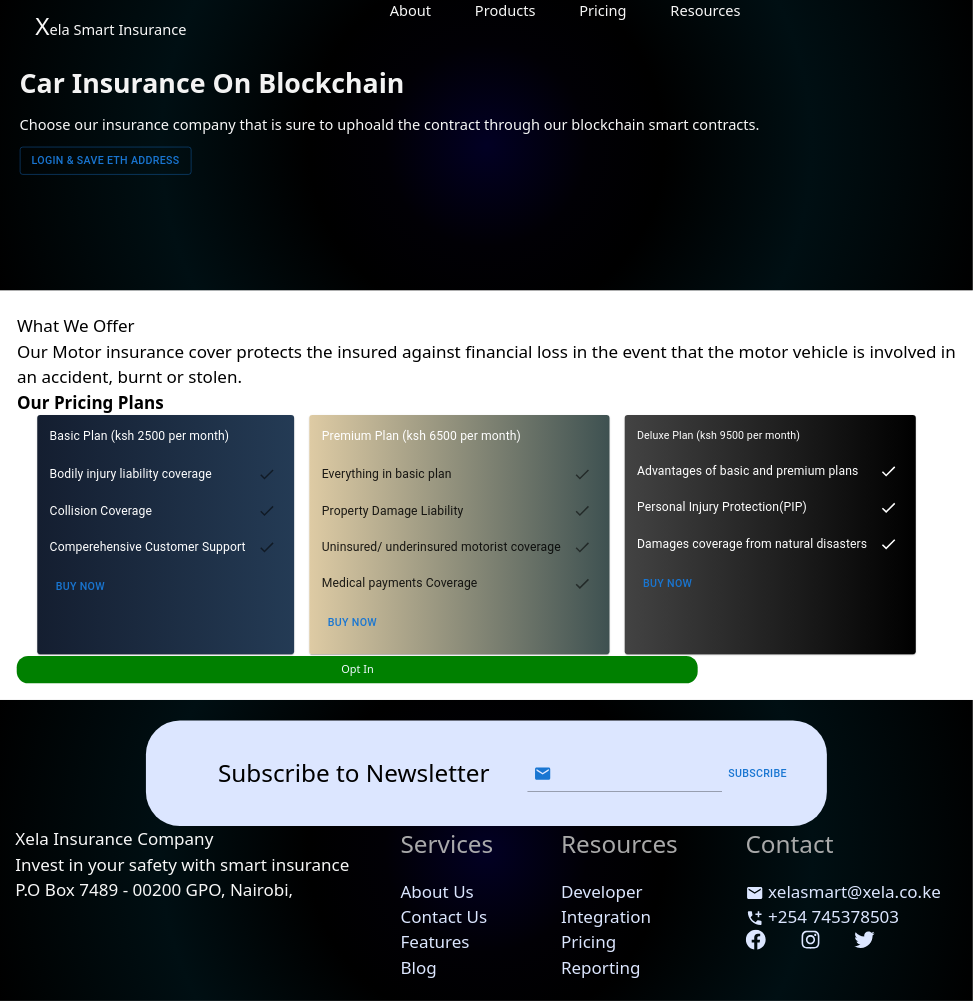
Repository: ALVIN-OBONYO/Xela-smart_insuarance
Page: / (app in frontend/)
The author's editor kept a copy of each file at every save. The page is drawn from the files as they stood at one save, then again after the next save.
The browser window is 1280 px wide. The pictures show the whole page, at 76% of full size.
The project was rebuilt for these pictures with package versions that can differ from the ones it lists, and the page was loaded fresh each time. Also part of the build but not shown: frontend/src/Pages/Policies.jsx, frontend/src/Components/Calendar.css, frontend/src/Components/Calendar.jsx, frontend/src/Components/Input.js, frontend/src/Components/Upload.css, frontend/src/Components/Upload.js, frontend/src/Pages/ReportForm.jsx, frontend/src/Pages/Report.jsx and 2 more.

Above is the page before, as saved 2022-10-04 08:57:50.

### frontend/public/index.html
<!DOCTYPE html>
<html lang="en">
  <head>
    <meta charset="utf-8" />
    <link rel="icon" href="%PUBLIC_URL%/favicon.ico" />
    <meta name="viewport" content="width=device-width, initial-scale=1" />
    <meta name="theme-color" content="#000000" />
    <meta
      name="description"
      content="Web site created using create-react-app"
    />
    <link rel="apple-touch-icon" href="%PUBLIC_URL%/logo192.png" />
    <!--
      manifest.json provides metadata used when your web app is installed on a
      user's mobile device or desktop. See https://developers.google.com/web/fundamentals/web-app-manifest/
    -->
    <link rel="manifest" href="%PUBLIC_URL%/manifest.json" />
    <!--
      Notice the use of %PUBLIC_URL% in the tags above.
      It will be replaced with the URL of the `public` folder during the build.
      Only files inside the `public` folder can be referenced from the HTML.

      Unlike "/favicon.ico" or "favicon.ico", "%PUBLIC_URL%/favicon.ico" will
      work correctly both with client-side routing and a non-root public URL.
      Learn how to configure a non-root public URL by running `npm run build`.
    -->
    <title>React App</title>
  </head>
  <body>
    <noscript>You need to enable JavaScript to run this app.</noscript>
    <link
    href="https://unpkg.com/tailwindcss@^1.0/dist/tailwind.min.css"
    rel="stylesheet"
  />
  <script
    src="https://cdnjs.cloudflare.com/ajax/libs/web3/1.6.1/web3.min.js"
    integrity="sha512-5erpERW8MxcHDF7Xea9eBQPiRtxbse70pFcaHJuOhdEBQeAxGQjUwgJbuBDWve+xP/u5IoJbKjyJk50qCnMD7A=="
    crossorigin="anonymous"
    referrerpolicy="no-referrer"
  ></script>
    <div id="root"></div>
    <!--
      This HTML file is a template.
      If you open it directly in the browser, you will see an empty page.

      You can add webfonts, meta tags, or analytics to this file.
      The build step will place the bundled scripts into the <body> tag.

      To begin the development, run `npm start` or `yarn start`.
      To create a production bundle, use `npm run build` or `yarn build`.
    -->
  </body>
</html>

### frontend/src/index.js
import React from 'react';
import ReactDOM from 'react-dom/client';
import './index.css';
import App from './App';
import reportWebVitals from './reportWebVitals';
import { BrowserRouter } from 'react-router-dom';
const root = ReactDOM.createRoot(document.getElementById('root'));
root.render(
  <React.StrictMode>
     <BrowserRouter>
       <App />
    </BrowserRouter>
  </React.StrictMode>
);

// If you want to start measuring performance in your app, pass a function
// to log results (for example: reportWebVitals(console.log))
// or send to an analytics endpoint. Learn more: https://bit.ly/CRA-vitals
reportWebVitals();

### frontend/src/App.jsx
import './App.css';
import RoutePages from './Components/RoutePages';

function App() {
  return (
    <div className="App">
      <RoutePages/>
    </div>
  );
}

export default App;

### frontend/src/Components/RoutePages.jsx
import React from 'react'
import { Routes, Route} from 'react-router-dom'
import EntryPage from '../Pages/Entrypage'
import PolicyMaker from '../Pages/Policies'
import ReportForm from '../Pages/ReportForm'
import Report from '../Pages/Report'
import ReportInfo from '../Pages/ReportInfo'
import FormPagination from './FormPagination'
const RoutePages = () => {
    return (


   <Routes>

    <Route exact path="/" element={<EntryPage />} />
    <Route path="policy" element={<PolicyMaker />} />

    <Route path="report/2" element={<ReportForm/> } />
    <Route path="report/1" element={<ReportInfo />} />
    <Route path="report/*" element={<FormPagination />} />

   </Routes>


    )
}

export default RoutePages

### frontend/src/Pages/Entrypage.jsx
import React, {useState, useRef} from 'react'
import "../Components/Navbar.css"
import { FaTimes, FaBars, FaInstagram, FaTwitter, FaFacebook, } from 'react-icons/fa'
import { Link} from 'react-router-dom'
import { loginWithEth } from '../Services/LoginWithEth'
import { truncateAddress } from '../Services/TruncateAddress'
import Web3 from 'web3'
import { getContractSymbol } from '../Services/Contract'
import TextField from '@mui/material/TextField'
import Button from "@mui/material/Button"
import PlanCard from "../Components/Cards"
import EmailIcon from "@mui/icons-material/Email"
import { IconButton, InputAdornment } from '@mui/material'
import AddIcCallIcon from '@mui/icons-material/AddIcCall';

const Entrypage = () => {
        const [navButton, setNavButton] = useState(false)
        const [policy, setPolicy] = useState("")
        const switchNavState = () => setNavButton(!navButton)
        const buttonLogout = useRef(null)
        const yourAddress = useRef()
        window.userAddress = null



        window.onload = async () => {
            if (window.ethereum) {
                window.web3 = new Web3(window.ethereum)
            } else {
                alert("No ETH browser extension detected.")
            }
        }

        function showAddress() {
          if (!window.userAddress) {
            yourAddress.current.innerText = ""
            buttonLogout.current.classList.add("hidden")
             return false
        }

        yourAddress.innerText = `ETH Address: ${truncateAddress(window.userAddress)}`
        buttonLogout.classList.remove("hidden")
    }

         function logout() {
            window.userAddress = null
            window.localStorage.removeItem(buttonLogout)
            showAddress()
}

    return (
        <>
        <header>
        <nav id="my-nav">
        <h1 className='brand'><span className='X'>X</span>ela Smart Insurance</h1>
        <div className='toogleNav' onClick={switchNavState} >{navButton ?
        <div id="bars">

            <FaBars size="2.5em"/>
            </div> :
            <div className = "navflex">
            <div id="times">
                <FaTimes />
                </div>
            <h4>About</h4>
            <h4>Products</h4>
            <h4>Pricing</h4>
            <h4>Resources</h4>
            </div>

}
        </div>
        <div className='nav-section'>
            <h4>About</h4>
            <h4>Products</h4>
            <h4>Pricing</h4>
            <h4>Resources</h4>
        </div>
        </nav>
        <section className="top-descr" id='top'>
            <h1 id="top-h3">Car Insurance On Blockchain</h1>
            <p id="top-pg">Choose our insurance company that is sure to uphoald the contract through our blockchain smart contracts.</p>
            <div id="policy-sec">
                {/* <FormGroup row >
               <TextField
                variant="outlined"
                placeholder='Enter your policy number'
                sx={{
                    borderRadius: 0,
                    padding: 0
                }}
                />
                <Button variant="contained" sx={{
                    borderRadius: 0,
                    padding: "6px"
                }}>Verify</Button>
                    </FormGroup> */}

            <Button variant="outlined" onClick={loginWithEth}>Login & Save ETH Address
                </Button>
                <p id="userAddress" className="text-gray-600" ref={yourAddress}></p>
                <button id="logoutButton" onClick={logout} className="hidden text-blue-500 underline" ref={buttonLogout}>Logout</button>
                           </div>
        </section>
        </header>
        <div className='about-descr' id="descr">
            <h2>What We Offer</h2>
            <p>
            Our Motor insurance cover protects the insured against financial loss in the event that the motor vehicle is involved in an accident, burnt or stolen.</p>

            <p>


<b>Our Pricing Plans</b>
</p>
<PlanCard />
            <Link to="/policy"><button id="buy-policy" onClick={getContractSymbol}>Opt In</button></Link>
        </div>
        <div id="land-footer">
            <div className="news-mail">
                <h2>Subscribe to Newsletter</h2>

                     <TextField
                       variant="standard"
                       id='input-with-icon-textfield'
                       InputProps={{
                        startAdornment: (
                            <InputAdornment position="start">
                                <IconButton edge="end" color='primary'>
                                    <EmailIcon />
                                </IconButton>

                            </InputAdornment>
                        )
                       }}

                       />
                        <Button>Subscribe</Button>


            </div>
            <div className="footer-service">
            <div>
                <h2>Xela Insurance Company</h2>
                <p>Invest in your safety with smart insurance</p>
                <h4>P.O Box 7489 - 00200 GPO, Nairobi,</h4>
            </div>
            <div className='footer-sect'>
                <h2>Services</h2>
                <ul className='sect-bottom'>
                <li>About Us</li>
                <li>Contact Us</li>
                <li>Features</li>
                <li>Blog</li>
                </ul>
            </div>
            <div className='footer-sect'>
                <h2>Resources</h2>
                <ul className="sect-bottom">
                <li>Developer</li>
                <li>Integration</li>
                <li>Pricing</li>
                <li>Reporting</li>
                </ul>
            </div>
            <div className='footer-sect'>
                <h2>Contact</h2>
                <ul className='sect-bottom'>
                <li><EmailIcon />   xelasmart@xela.co.ke</li>
                <li><AddIcCallIcon />   +254 745378503</li>
                <li>
                 <div id="social-icons">
                  <FaFacebook size="1.2em"/>
                  <FaInstagram size="1.2em"/>
                  <FaTwitter size="1.2em"/>

             </div>
                </li>

                </ul>
            </div>

        </div>
        </div>
        </>
    )
}

export default Entrypage

### frontend/src/Components/Navbar.css
nav {
    width: 100vw;
    display: flex;
    justify-content: flex-start;
    align-items: flex-start;
}

.brand {
    flex-grow: 1;
    text-align: start;
    padding-left: 2.9rem;
    margin-top: 0.6rem;
    font-size: 1.2rem;
}

.X {
    font-size: 2rem;

}
.nav-section {
    display: flex;
    flex-grow: 1;
    gap: 3em;
    font-size: 1.2rem;
    padding-right: 2em;
    justify-content: flex-start;
    align-items: center;
}
.top-descr  {
    margin-top: 0;
    padding: 1em;
    text-align: justify;
    font-size: 1.6rem;
    height: 45vh;

}


#descr {
    margin-top: 0.5rem;
    padding: 1em;
    text-align: justify;
    font-size: 1.4rem;

}

#top > h1 {
    font-size: 2.2rem;
    font-weight: 700;
    color: rgba(255, 255, 255, 0.952);
    margin-bottom: 0.4em;

}
header {
    background: rgb(2,0,36);
background: radial-gradient(circle, rgba(2,0,36,1) 0%, rgba(1,0,5,1) 20%, rgba(0,0,0,1) 35%, rgba(0,15,19,1) 64%, rgba(0,0,0,1) 100%);
    color: rgb(248, 248, 248);
}


#top-pg {

    font-size: 1.2rem;
    margin-bottom: 0.9rem;
}
#policy-sec {
    display: flex;
    gap: 0.8em;

}
input[type=text] {
    flex-grow: 1;
    height: 2.5em;
}
#btn-policy {
    background-color: rgb(0, 39, 90);
    flex-grow: 1;
    color: wheat;
    border: none;
    margin-top: 0.8em;
    border-radius: 5px;
    padding: 0.6rem;
    font-size: 1.4rem;
    font-weight: 500;

}
#buy-policy {
    width: 70vw;
    height: 2.5em;
    border: none;
    background-color: #008000;
    color:aliceblue;
    font-size: 0.9rem;
    border-radius: 15px;
}
#social-icons {
    display: flex;
    gap: 2em;
}
#land-footer {
    background: rgb(2,0,36);
    background: radial-gradient(circle, rgba(2,0,36,1) 0%, rgba(1,0,5,1) 20%, rgba(0,0,0,1) 35%, rgba(0,15,19,1) 64%, rgba(0,0,0,1) 100%);
    color: rgb(248, 248, 248);
    position: relative;
    padding: 1.2em  0.9em;
    font-size: 1.4rem;
    /* display: flex;
    justify-content: center;
    align-items: center; */
}

.news-mail {
    display: flex;
    background-color: rgb(220, 230, 255);
    color: rgb(0, 0, 0);
    flex-direction: row;
    flex-wrap: wrap;
    padding: 2em;
    max-width: 70vw;
    border-radius: 2em;
    margin: auto;

}

.news-mail > h2 {
    flex-grow: 1;
    font-size: 2rem;
}

.footer-service {
    display: flex;
    flex-direction: row;
    flex-wrap: wrap;
    gap: 3em;
    text-align: justify;
}

.footer-sect {
    font-size: 2rem;
    color:rgba(184, 184, 184, 0.918);
    flex-grow: 1;
}

.sect-bottom {
    margin-top: 1.3rem;
    font-size: 1.4rem;
    color:rgb(220, 230, 255)
}
.navflex {
    display: flex;
    flex-direction: column;
    justify-content: center;
    align-items: center;
    gap: 2em;
    background-color: rgba(19, 20, 27, 0.918);
    color: white;
    width: 100vw;
    height: 100vh;
    right: 0;
    top: 0;
    position: absolute;
    text-transform: uppercase;
    /* animation-name: ${navanim}; */
}
@media screen and (max-width: 600px){
   .nav-section {

      display: none;
   }

   .footer-service {
    flex-direction: column;
    justify-content: center;
    align-items: center;
   }

}

@media screen and (min-width: 600px){
    .toogleNav {
        display: none;
        padding: 1.3em;
    }
}

### frontend/src/Services/LoginWithEth.js
import { showAddress } from "./showAddress";
export async function loginWithEth() {
    if (window.web3) {
        try {
            const selectedAccount = await window.ethereum.request({
                method: "eth_requestAccounts"
            })
            .then((accounts) => accounts[0])
            .catch(() => {
                throw Error("No account selected!")
            })

          window.userAddress = selectedAccount;
          window.localStorage.setItem("userAddress", selectedAccount);
        //   showAddress()
        }
        catch (error) {
            console.error(error)
        }
    } else {
        alert("No ETH browser extension detected.");
    }
}

### frontend/src/Services/TruncateAddress.js
export function truncateAddress(address) {
    if (!address) {
        return "";
    }
    return `${address.substr(0, 5)}...${address.substr(
        address.length - 5,
        address.length
      )}`;
}

### frontend/src/Services/Contract.js
window.ABI = require('./contract-abi.json')
export async function getContractSymbol() {
    const CONTRACT_ADDRESS = "0x1A5b30a61CED9B4D9c209E7F1d2fbD38657f8EB1"

    const contract = new window.web3.eth.Contract(
        window.ABI,
        CONTRACT_ADDRESS
    )

    const symbol = await contract.methods.symbol().call({
        from: window.userAddress    })

    alert(`Contract ${CONTRACT_ADDRESS} Symbol: ${symbol}`);
}

### frontend/src/Components/Cards.jsx
import * as React from 'react'
import Box from '@mui/material/Box'
import Card from '@mui/material/Card'
import CardActions from '@mui/material/CardActions'
import CardContent from '@mui/material/CardContent'
import Button from '@mui/material/Button'
import Typography from '@mui/material/Typography'
import {MdDone} from 'react-icons/md'
import List from '@mui/material/List'
import ListItem from '@mui/material/ListItem'
import ListItemText from '@mui/material/ListItemText'
import  IconButton  from '@mui/material/IconButton'

const planValues = [
    {id: 1, text: "Bodily injury liability coverage"},
    {id: 2, text: "Collision Coverage"},
    {id: 3, text: "Comperehensive Customer Support"}

]

const premium = [
    {id: 1, text: "Everything in basic plan"},
    {id: 2, text: "Property Damage Liability"},
    {id: 3, text: "Uninsured/ underinsured motorist coverage"},
    {id: 3, text: "Medical payments Coverage"},
]

const deluxe = [
    {id: 1, text: "Advantages of basic and premium plans"},
    {id: 2, text: "Personal Injury Protection(PIP)"},
    {id: 3, text: "Damages coverage from natural disasters"},

]
const PlanCard = () => {
    return (
        <Box sx={{ display: "flex", mx: "1.2em", flexDirection: "row", flexWrap: "wrap", gap: "0.9em"}}>
        <Card sx={{background: 'linear-gradient(to right, #141e30, #243b55)', color: 'white'}}>
        <CardContent>
            <Typography sx={{ fontSize: 16}} color="text.primary             " gutterBottom>
                Basic Plan   (ksh 2500 per month)
            </Typography>
            <List sx={{ width: '100%'}}>
                {planValues.map((elem)=> (
                <ListItem key={elem.id} disableGutters secondaryAction={
                    <IconButton>
                        <MdDone />
                    </IconButton>
                }>
                <ListItemText primary={elem.text} />
                </ListItem>
                ))}
            </List>
            <Button>Buy Now</Button>
        </CardContent>
        </Card>
        <Card sx={{background: "linear-gradient(to right, #DECBA4, #3E5151)"}}>
        <CardContent>
            <Typography sx={{ fontSize: 16}} color="white" gutterBottom>
                Premium Plan   (ksh 6500 per month)
            </Typography>
            <List sx={{ width: '100%'}}>
                {premium.map((elem)=> (
                <ListItem key={elem.id} disableGutters secondaryAction={
                    <IconButton>
                        <MdDone />
                    </IconButton>
                }>
                <ListItemText primary={elem.text} />
                </ListItem>
                ))}
            </List>
            <Button>Buy Now</Button>
        </CardContent>
        </Card>
        <Card sx={{background: "linear-gradient(to right, #434343 0%, black 100%)", color: "white"}}>
        <CardContent>
            <Typography sx={{ fontSize: 14}} color="white" gutterBottom>
                Deluxe Plan   (ksh 9500 per month)
            </Typography>
            <List sx={{ width: '100%'}}>
                {deluxe.map((elem)=> (
                <ListItem key={elem.id} disableGutters secondaryAction={
                    <IconButton>
                        <MdDone color="white"/>
                    </IconButton>
                }>
                <ListItemText primary={elem.text} />
                </ListItem>
                ))}
            </List>
            <Button>Buy Now</Button>
        </CardContent>
        </Card>
        </Box>
    )
}

export default PlanCard

Loaded but not shown: frontend/src/index.css (common file); frontend/src/reportWebVitals.js (common file); frontend/src/App.css (common file); frontend/src/Services/contract-abi.json (501 lines, source omitted); frontend/src/Services/showAddress.js (no stored copy; drawn as an empty file)

After the next save:
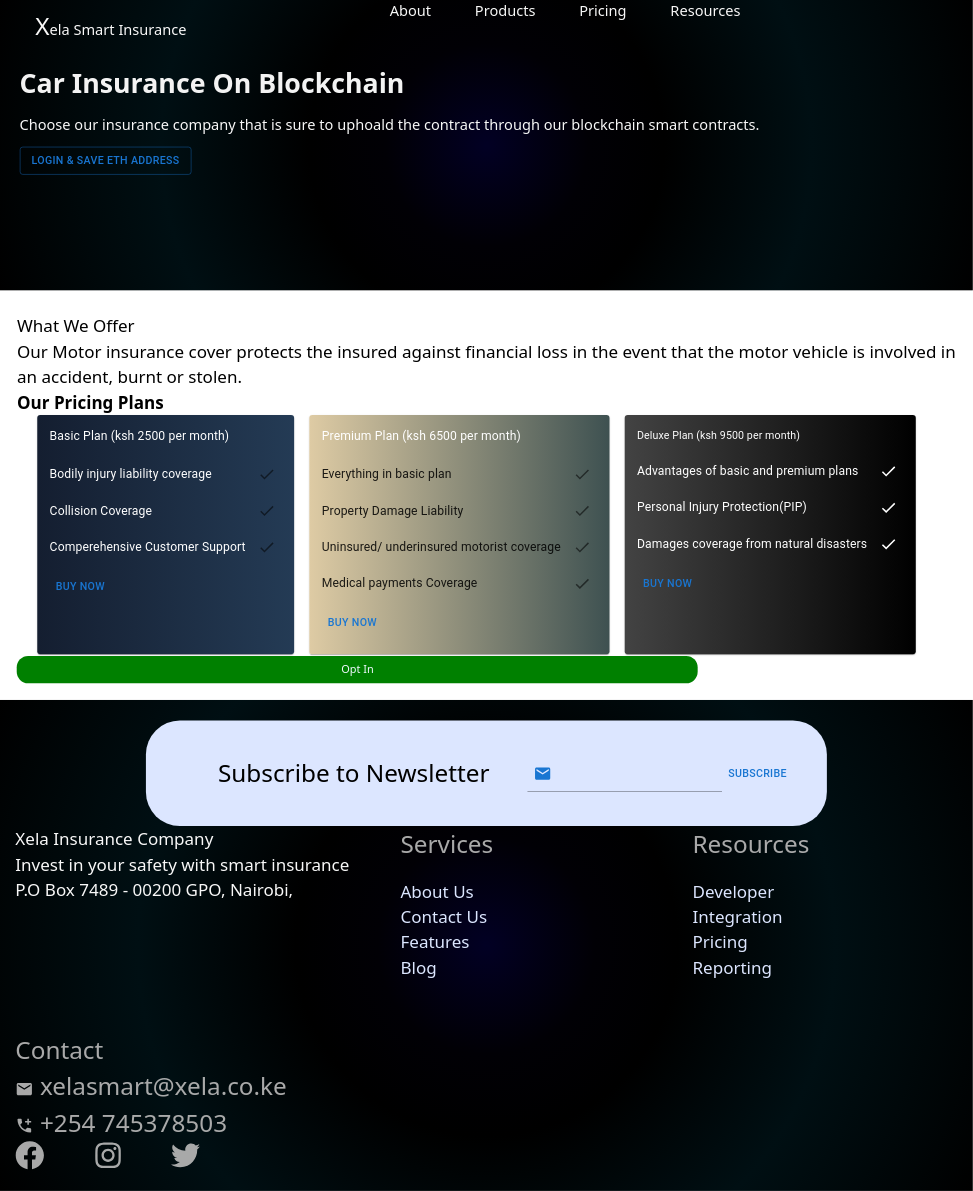
Saved 113 s later.
--- a/frontend/src/Pages/Entrypage.jsx
+++ b/frontend/src/Pages/Entrypage.jsx
@@ -165,7 +165,7 @@ const Entrypage = () => {
             </div>
             <div className='footer-sect'>
                 <h2>Contact</h2>
-                <ul className='sect-bottom'>
+                <ul >
                 <li><EmailIcon />   xelasmart@xela.co.ke</li>
                 <li><AddIcCallIcon />   +254 745378503</li>
                 <li>
